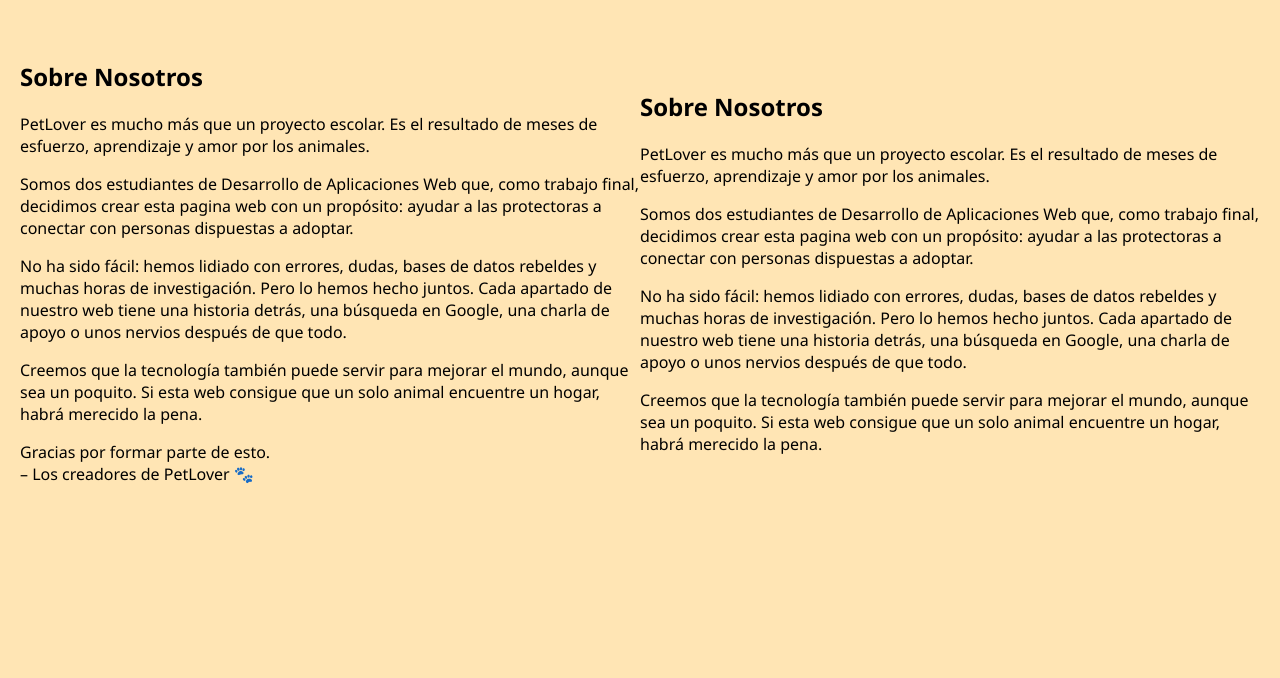
Repository: adriarodrisan/PetLover
Page: Paginas_web/footer_Sobre_Nosotros.html
The author's editor kept a copy of each file at every save. The page is drawn from the files as they stood at one save, then again after the next save.
The browser window is 1280 px wide. The pictures show the whole page.

Above is the page before, as saved 2025-04-04 17:51:02.

### Paginas_web/footer_Sobre_Nosotros.html
<!DOCTYPE html>
<html lang="en">
<head>
    <meta charset="UTF-8">
    <meta name="viewport" content="width=device-width, initial-scale=1.0">
    <title>Creadores de Petlover</title>
    <link rel="stylesheet" href="/Css_Paginas/footer_sobre_nosotros.css">
</head>
<body>
    <section class="seccion-creadores">
        <div class="contenedor-texto">
        <h1>Sobre Nosotros </h1>
        <p>PetLover es mucho más que un proyecto escolar. Es el resultado de meses de esfuerzo, aprendizaje y amor por los animales.</p>
        <p>Somos dos estudiantes de Desarrollo de Aplicaciones Web que, como trabajo final, decidimos crear esta pagina web con un propósito: ayudar a las protectoras a conectar con personas dispuestas a adoptar.</p>
        <p>No ha sido fácil: hemos lidiado con errores, dudas, bases de datos rebeldes y muchas horas de investigación. Pero lo hemos hecho juntos. Cada apartado de nuestro web tiene una historia detrás, una búsqueda en Google, una charla de apoyo o unos nervios después de que todo.</p>
        <p>Creemos que la tecnología también puede servir para mejorar el mundo, aunque sea un poquito. Si esta web consigue que un solo animal encuentre un hogar, habrá merecido la pena.</p>
        <p class="firma">Gracias por formar parte de esto. <br>– Los creadores de PetLover 🐾</p>
    </div>
    </section>

</body>
</html>
<!DOCTYPE html>
<html lang="en">
<head>
    <meta charset="UTF-8">
    <meta name="viewport" content="width=device-width, initial-scale=1.0">
    <title>Creadores de Petlover</title>
    <link rel="stylesheet" href="/Css_Paginas/footer_sobre_nosotros.css">
</head>
<body>
    <section class="seccion-creadores">
        <div class="contenedor-texto">
        <h1>Sobre Nosotros </h1>
        <p>PetLover es mucho más que un proyecto escolar. Es el resultado de meses de esfuerzo, aprendizaje y amor por los animales.</p>
        <p>Somos dos estudiantes de Desarrollo de Aplicaciones Web que, como trabajo final, decidimos crear esta pagina web con un propósito: ayudar a las protectoras a conectar con personas dispuestas a adoptar.</p>
        <p>No ha sido fácil: hemos lidiado con errores, dudas, bases de datos rebeldes y muchas horas de investigación. Pero lo hemos hecho juntos. Cada apartado de nuestro web tiene una historia detrás, una búsqueda en Google, una charla de apoyo o unos nervios después de que todo.</p>
        <p>Creemos que la tecnología también puede servir para mejorar el mundo, aunque sea un poquito. Si esta web consigue que un solo animal encuentre un hogar, habrá merecido la pena.</p>
    </div>

    </section>

</body>
</html>

### Css_Paginas/footer_sobre_nosotros.css
body {
    font-family: 'Segoe UI', sans-serif;
    background-color: #ffe5b4;
    margin: 0;
    padding: 40px 20px;
    display: flex;
    justify-content: center;
    align-items: center;
  }

After the next save:
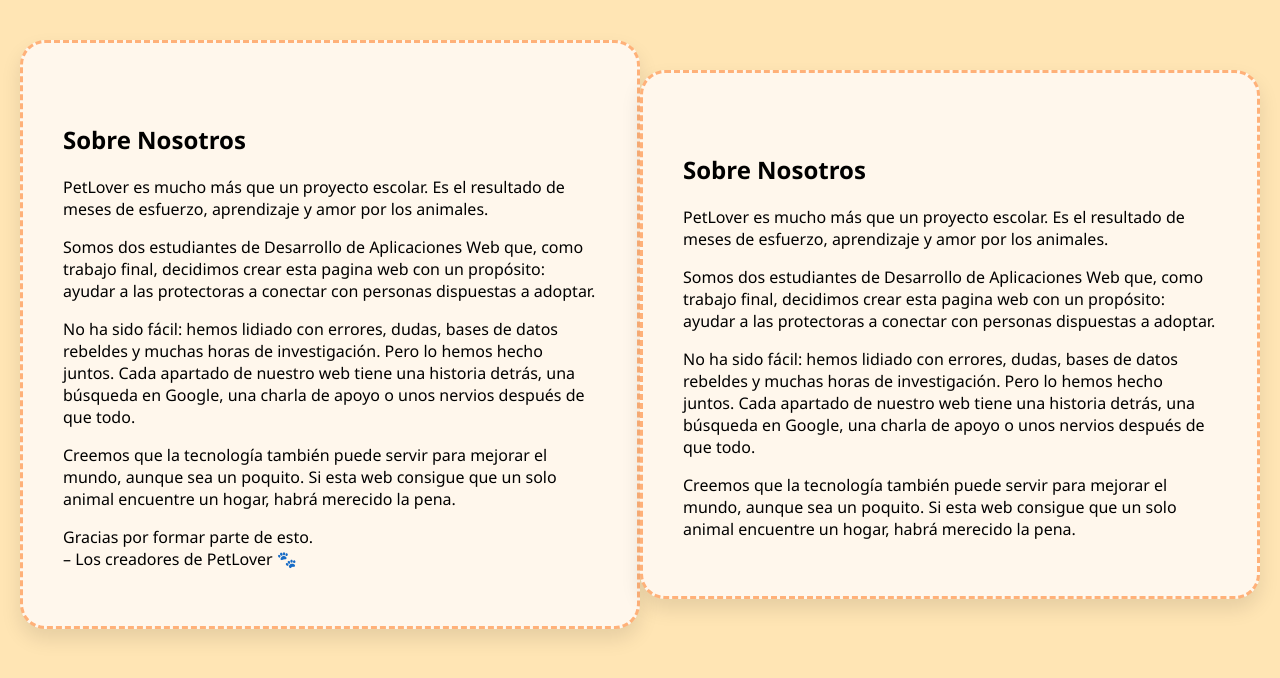
Saved 116 s later.
--- a/Css_Paginas/footer_sobre_nosotros.css
+++ b/Css_Paginas/footer_sobre_nosotros.css
@@ -7,3 +7,13 @@ body {
     justify-content: center;
     align-items: center;
   }
+  .seccion-creadores {
+    background-color: #fff7ec;
+    padding: 60px 40px 40px;
+    border-radius: 25px;
+    max-width: 900px;
+    width: 100%;
+    position: relative;
+    box-shadow: 0 10px 20px rgba(0,0,0,0.1);
+    border: 3px dashed #ffb179;
+  }
